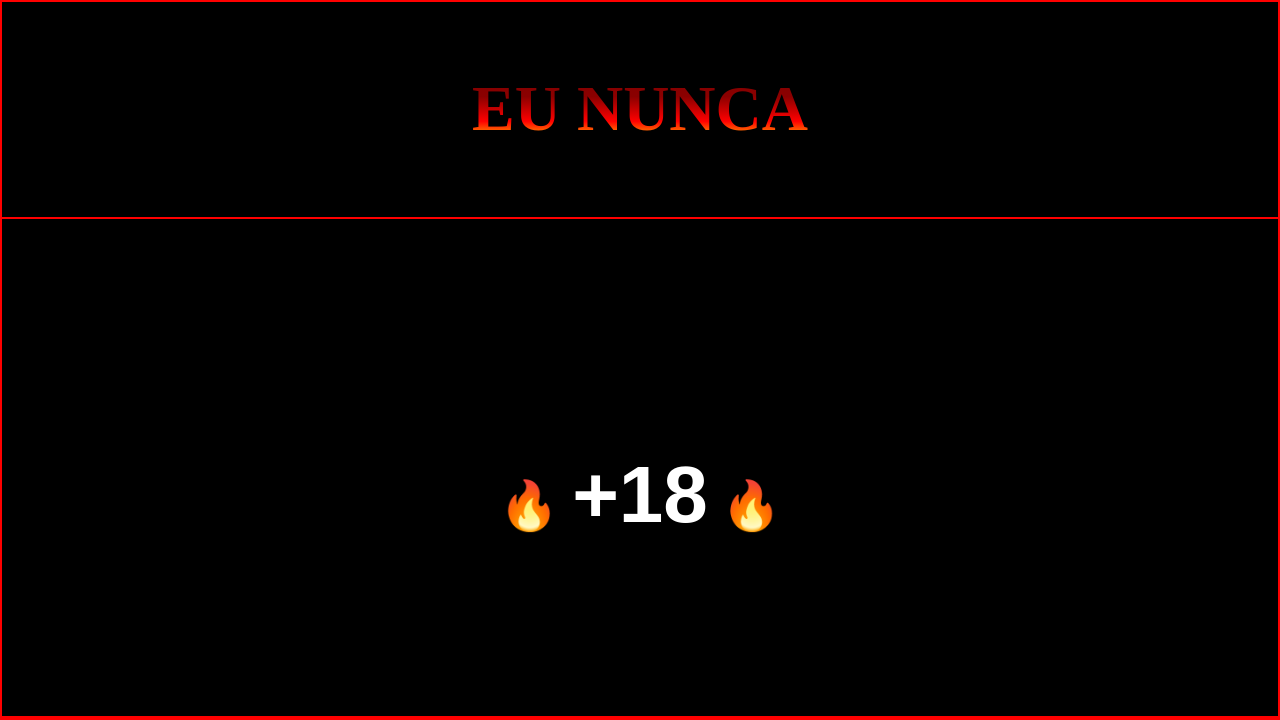
Repository: odiloalmeida/inever
Page: index.html
These files come from the project's save history. The page is drawn as it stood at one moment and after the next save; the edit follows.
The browser window is 1280 px wide. The pictures show the whole page.

Above is the page before, as saved 2023-01-31 22:30:35.

### index.html
<!DOCTYPE html>
<html lang="en">
<head>
    <meta charset="UTF-8">
    <meta http-equiv="X-UA-Compatible" content="IE=edge">
    <meta name="viewport" content="width=device-width, initial-scale=1.0">
    <link rel="icon" type="image/svg+xml" href="https://cdn-icons-png.flaticon.com/512/5181/5181956.png" />
    <link rel="stylesheet" href="./style.css">
    <title>18+ I Never</title>

</head>

<body>
    <div>
        <h1>EU NUNCA</h1>
    </div>
    <button id="myButton" onclick="changeButtonName()">
        <br>
        <span3>&#128293</span3>
        <span2>+18</span2>
        <span3>&#128293</span3>
    </button>
</body>

<script>

    function changeButtonName() {
        var button = document.getElementById("myButton");

        var names = ["Beijei alguém dessa turma",
        "Senti atração por alguém dessa turma",
        "Tomei banho pelado na praia/piscina",
        "Fiquei com um professor",
        "Fiquei com um amigo e me arrependi",
        "Fiquei com um amigo e não disse pra ninguém",
        "Menti sobre ter ficado com uma pessoa",
        "Bebi tanto que beijei alguém que não queria",
        "Bebi tanto que esqueci tudo no outro dia",
        "Vi um nudes de alguém dessa turma",
        "Desejei o namorado(a) de um amigo",
        "Fiquei com alguém por interesse",
        "Acelerei o ato sexual por que o oral estava ruim",
        "Bebi pra ter coragem de chegar numa pessoa",
        "Transei na escola ou faculdade",
        "Transei no chão",
        "Fiz sexo oral enquanto a pessoa trabalhava",
        "Fiz sexo oral enquanto a pessoa dirigia",
        "Usei fantasias sexuais",
        "Usei plug anal",
        "Usei um vibrador",
        "Fiquei com alguém depois neguei pra todo mundo",
        "Disse pra uma pessoa que a amava sem amar",
        "Transei no carro",
        "Broxei no meio do ato sexual",
        "Desisti de ficar com uma pessoa por que ela estava fedendo",
        "Fui chupar e estava fedendo muito e desisti",
        "Me masturbei depois do ato sexual por que não conseguir “chegar lá” com o parceiro",
        "Fiquei com dois amigos ao mesmo tempo sem eles saberem",
        "Parei o ato sexual para ir fazer xixi",
        "Fiz a chuca",
        "Transei na rua",
        "Paguei por sexo",
        "Fiz sexo por dinheiro",
        "Dei um beijo triplo",
        "Voltaria com um ex",
        "Fiquei com uma pessoa em um lugar e logo em seguida fui para outro lugar ficar com outra",
        "Tirei fotos pelado(a)",
        "Fiquei com alguém para fazer ciúme a outro",
        "Sofri por amor",
        "Sofri por ficante",
        "Espiei alguém tomando banho",
        "Tomei banho com alguém",
        "Enfiei o dedo no orifício de alguém (kkkk)",
        "Eu nunca fiquei com um amigo do meu amigo eme arrependi",
        "Eu nunca tive uma DST",
        "Eu já desejei a mãe de um amigo",
        "Eu já desejei o pai de um amigo",
        "Já beixei alguém do mesmo sexo",
        "Já deixei chuparem minha porta dos fundos",
        "Já questionei a minha sexualidade",
        "Já fiz goldenshower",
        "Já desisti do sexo quando vi o tamanho do instrumento",
        "Fumei um",
        "Cheirei cocaina",
        "Usei LSD",
        "Passei comida no parceiro",
        "Troquei o nome da pessoa na hora H",
        "Fiquei com uma pensando em outra",
        "Fatei aula pra ficar com alguém",
        "Menti nesse jogo",
        "Disse que estava doente para nao transar",
        "Fiquei com professor",
        "Fiquei com alguém por gratidão",
        "Tive tara em mãos",
        "Tive tara em pés",
        "Tive tara em ruivas",
        "Fui amordaçado",
        "Fui algemado",
        "Fui chicoteado",
        "Bati de mais em alguém na hora H e fiquei com medo",
        "Vomitei na hora H",
        "Fiz sexo na praia",
        "Fiz sexo na moto",
        "Fiz sexo na bicicleta",
        "Chupei outro por tabela",
        "Fiz oral em um e depois beijei a boca de outro",
        "Transei com 2 ao mesmo tempo",
        "Transei com mais de 3 ao mesmo tempo",
        "Ja fiquei com duas pessoas do mesmo sexo, ao mesmo tempo",
        "Cherei loló",
        "Fumei cigarro",
        "Tive como alcoólico",
        "Tive amnésia alcoólica",
        "Dormi bebado no chão",
        "Mijei em mim, estando bebado",
        "Vomitei em mim, estando bebado",
        "Beijei alguém que eu odiava",
        "Fiquei com um Ex antigo e me arrependi (Foi horrível)",
        "Tive flashback com mais de um EX",
        "Tive um PA",
        "Fiquei com um(a) PM",
        "Subi numa mesa bebado",
        "Fiquei com alguém da boca podre",
        "Já caguei o pau (literalmente)",
        "Já cai de bicicleta",
        "Quebrei um osso (Beba uma dose por osso)",
        "Já talariquei mulher de amigo (Uma dose por mulher)",
        "Já talariquei marido de amiga (Uma dose por homem)",
        "Já beijei um mendigo",
        "Já fiz dentro do mar",
        "Ja fiz dentro do tanque",
        "Pedi alguém em casamento",
        "Já me juntei com conjugue",
        "Já fui CORNO(A)",
        "Atirei com arma de fogo",
        "Dê uma pausa de 15min, para não embriagar",
        "Durei menos de 2 min no sexo",
        "Fiz gosar em menos de 2min",
        "Pensei em me prostituir",
        "Tomei remédio TARJA PRETA",
        "Quando de maior, senti atração por 15-",
        "Dormi sujo",
        "Passei o dia sem tomar banho",
        "Passei dois dias sem tomar banho",
        "Passei mais de 36h acordado",
        "Levei pão de manhã para casa, após o rolê",
        "Bebi mais de 2L em uma noite",
        "Desejei minha cunhada",
        "Transei com alguém na escada",
        "Já botei atrás  depois na frente",
        "Cai da arvore",
        "Me feri gravemente",
        "Imaginei alguém dessa turma pelado",
        "Usei camisinha com sabores",
        "Limbei a bunda e olhei o papel higienico",
        "Transei no cinema",
        "Flertei com o garçom",
        "Beijei um primo(a)",
        "Transei com um primo(a)",
        "Sonhei que estava pelado em público",
        "Transei na chuva",
        "Dormir de conchinha na chuva",
        "Fiz punheta / siririca coletiva",
        "Me masturbei pensando em alguém da roda",
        "Vi nude de alguém da roda",
        "Enviei nude errado",
        "Peguei alguém no elevador",
        "Falei que o sexo foi bom, quando na verdade foi uma merda",
        "Gosei dentro com camisinha",
        "Conversando com o penis do meu namorado",
        "Fiz espanhola",
        "Transei com alguém que participou desse jogo agora",
        "Transei com um médico",
        "Transei com um entregador",
        "Transei com enfermeiro(a)",
        "Transei com Advogado(a)",
        "Transei com Fisioterapeuta",
        "Transei com agente de saúde",
        "Transei com personal trainer",
        "Fiz sexo rapido para dormir logo",
        "Transei numa contrução",
        "Transei numa casa abandonada",
        "Transei na rede",
        "Transei na cadeira",
        "Transei no sofá",
        "Transei em local público",
        "Tive sonhos eróticos com alguém dessa roda",
        "Fui em um motel e não transei",
        "Criei passarinho",
        "Chupei alguém com algum amigo vendo",
        "Fui voyeur",
        "Transei num posto de saúde",
        "Transei no quintal de casa",
        "Transei no telhado",
        "Terminei com uma pessoa por mensagem",
        "Terminaram comigo por mensagem",
        "Fiz Topless na praia",
        "Usei gelo na cama",
        "Usei halls na cama",
        "Sai sem calcinha para provocar alguém",
        "Malhei sem calcinha",
        "Fingi prazer",
        "Fingi simpatia para conquistar uma pessoa",
        "Fiz cosplay de rico",
        "Banquei a coitadinha para ganhar algo em troca",
        "Sai sem pagar a conta",
        "Levei o copo de um bar",
        "Caguei num banheiro quimico",
        "Dirigi bebado",
        "Ouvi alguém transando",
        "Fui pego me masturbando",
        "Fui pego na hora H pelos meus familiares ou amigos",
        "Transei assistindo porno",
        "Tive ressaca moral",
        "Chorei enquanto transava",
        "Pedi parar porque estava doendo",
        "Enforqueia até quase desmaiar",
        "Transei em uma banheira",
        "Beijei a pessoa querendo a do lado",
        "Beijei um feio(a)",
        "Beijei um(a) 10/10",
        "Nunca chupei dois ao mesmo tempo",
        "Matei aula para fumar um",
        "Matei aula para transar",
        "Quebrei uma cama enquanto transava",
        "Cai da cama enquanto transava",
        "Fiquei orgulhoso do meu desempenho",
        "Fiquei triste com meu desempenho",
        "Tentaram arrancar minh lingua",
        "Já beijei um desesperado, que quase me engole",
        "Bebi do copo de um estranho e tinha droga"




        ];

        var randomName = names[Math.floor(Math.random() * names.length)];
        button.innerHTML = randomName;
    }

</script>

</html>

### style.css
* {
    padding: 0;
    margin: 0;
    box-sizing: border-box;
}

body {
    width: 100vw;
    height: 100vh;
    background-color: #000;
    display: flex;
    flex-direction: column;
    align-items: center;
    justify-content: center;
    border: red 2px solid;
}

div {
    width: 100%;
    height: 30vh;
    display: flex;
    align-items: center;
    justify-content: center;
}

h1 {
    background-image: linear-gradient(to bottom,#800000,#8B0000, red, yellow);
    background-clip: text;
    -webkit-background-clip: text;
    -webkit-text-fill-color: transparent;
    color: black;
    font-size: 4rem;
    font-weight: 900;
}

button {
    background-color: transparent;
    height: 70vh;
    width: 100vw;
    border: red 2px solid;
    font-weight: bold;
    font-size: 3rem;
    padding: 5px;
    color: #f1f1f1;
}

button span2 {
    color: #fff;
    font-size: 5rem;
}

After the next save:
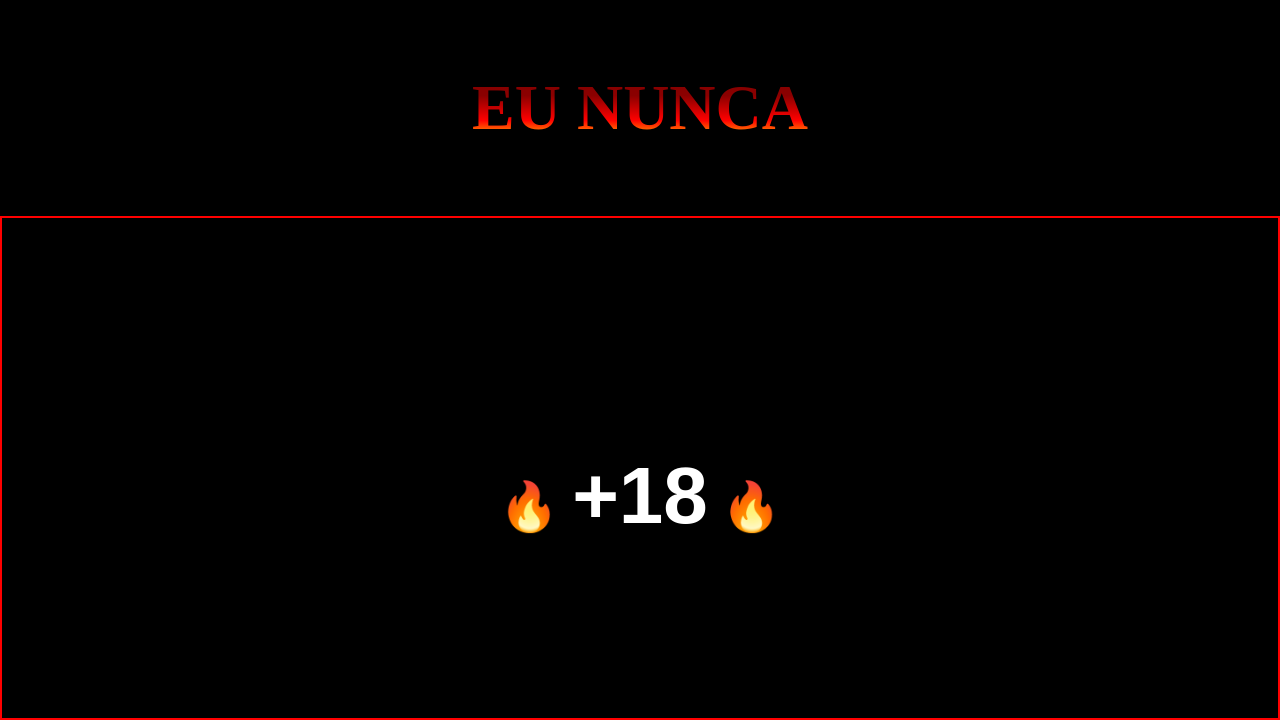
Saved 16 s later.
--- a/style.css
+++ b/style.css
@@ -12,7 +12,6 @@ body {
     flex-direction: column;
     align-items: center;
     justify-content: center;
-    border: red 2px solid;
 }
 
 div {
